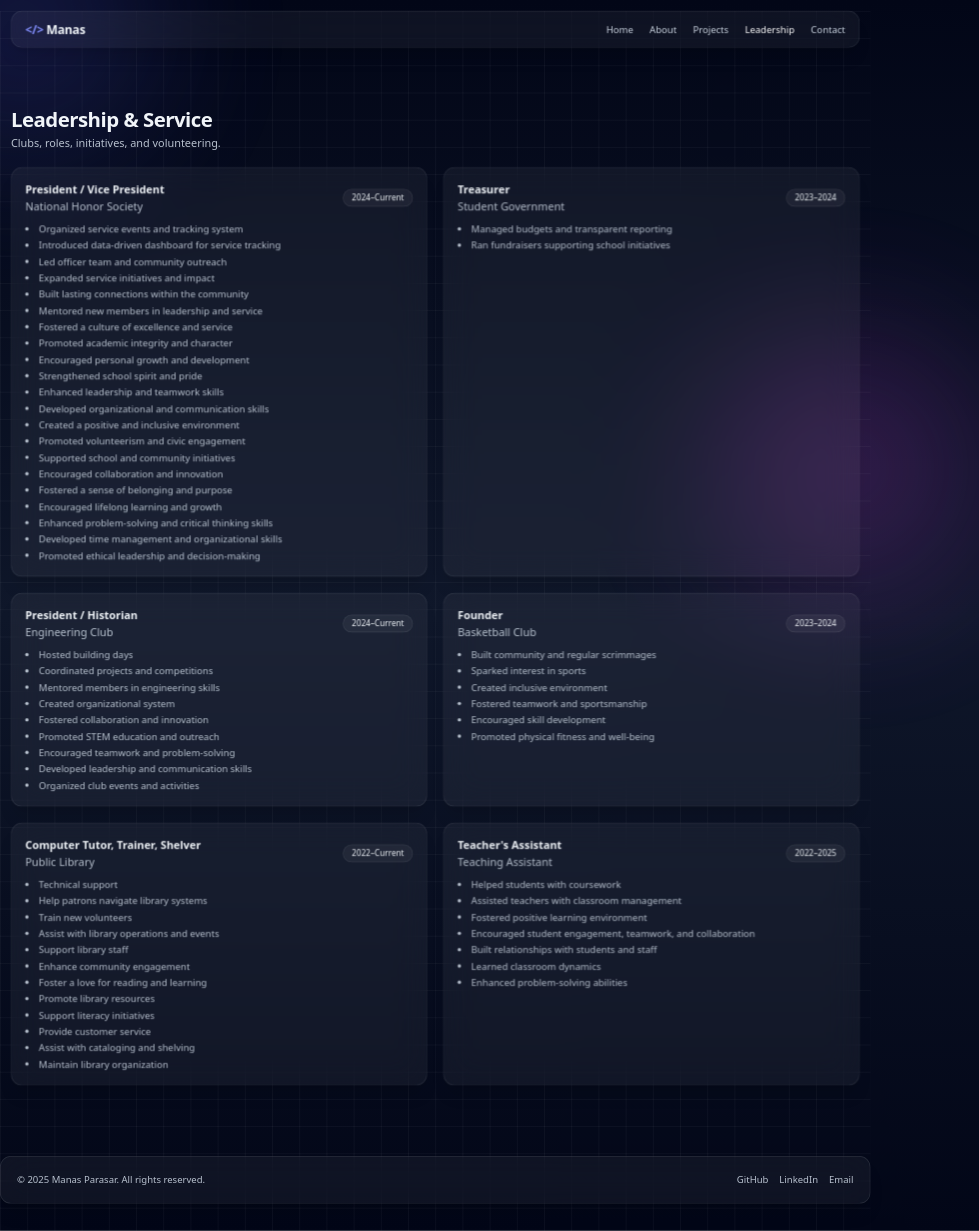
Repository: Manas-Parasar/portfolio-manas-parasar
Page: /leadership
An editor plug-in stored every save of this project. The page is shown before and after the next save, followed by the edit.
The browser window is 1280 px wide. The page is 1440 px wide, so the pictures cover 1440 px, including what lies to the right of the window. The pictures show the whole page, at 68% of full size.
The project was rebuilt for these pictures with package versions that can differ from the ones it lists, and the page was loaded fresh each time. Also part of the build but not shown: vite.config.js, src/components/Hero.jsx, src/components/ProjectCard.jsx, src/pages/Home.jsx, src/pages/About.jsx, src/pages/Projects.jsx, src/pages/Contact.jsx.

Above is the page before, as saved 2025-08-20 16:20:22.

After the next save:
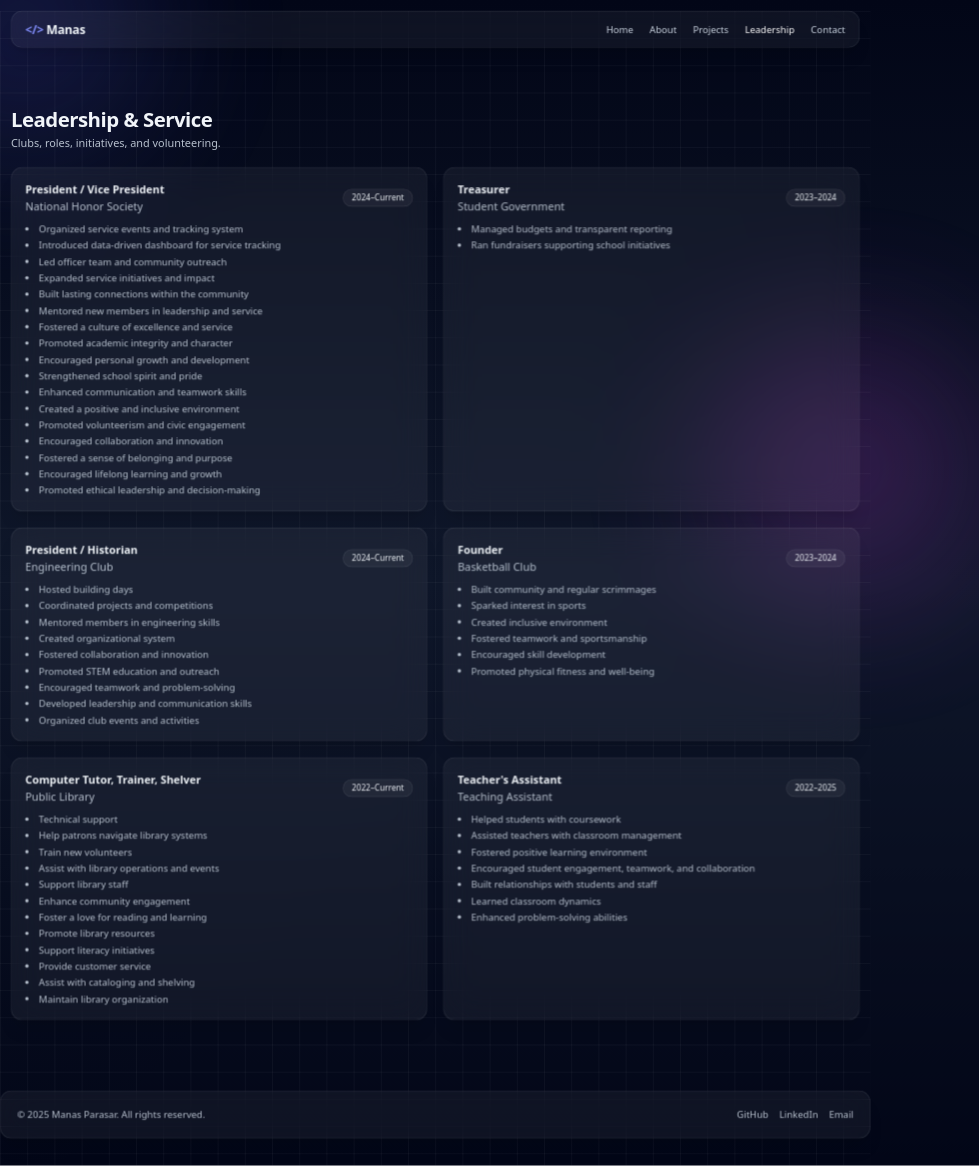
Saved 47 s later.
--- a/src/pages/Leadership.jsx
+++ b/src/pages/Leadership.jsx
@@ -24,16 +24,12 @@ export default function Leadership() {
               "Promoted academic integrity and character",
               "Encouraged personal growth and development",
               "Strengthened school spirit and pride",
-              "Enhanced leadership and teamwork skills",
-              "Developed organizational and communication skills",
+              "Enhanced communication and teamwork skills",
               "Created a positive and inclusive environment",
               "Promoted volunteerism and civic engagement",
-              "Supported school and community initiatives",
               "Encouraged collaboration and innovation",
               "Fostered a sense of belonging and purpose",
               "Encouraged lifelong learning and growth",
-              "Enhanced problem-solving and critical thinking skills",
-              "Developed time management and organizational skills",
               "Promoted ethical leadership and decision-making",
             ]}
           />
